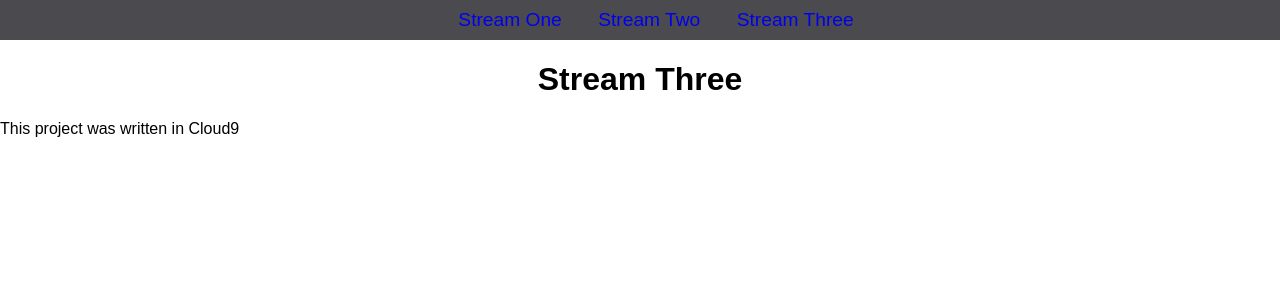
Repository: dof-bull/my-first-website
Page: stream-three.html
The author's editor kept a record of every edit. The page is drawn from the files as they stood at one moment, then again after the next edit.
The browser window is 1280 px wide. The pictures show the whole page.

Above is the page before.

### stream-three.html
<!DOCTYPE html>
<html>
    <head>
        <title>Hello World</title>
        <link rel="stylesheet" href="css/style.css" type="text/css" />
    </head>
    <body>
        <nav>
            <ul>
                <li><a href="stream-one.html">Stream One</a></li>
                <li><a href="stream-two.html">Stream Two</a></li>
                <li><a href="stream-three.html">Stream Three</a></li>
            </ul>
        </nav>
        <h1>Stream Three</h1>
        <p>This project was written in Cloud9</p>
    </body>
</html>

### css/style.css
body {
    margin: 0;
    padding: 0;
    font-family: 'Oswald' , sans-serif;
}

nav ul{
    list-style: none;
    background-color: #4a4a4f;
    text-align: center;
    margin: 0;
    padding: 0;
}

nav li{
    font-size: 1.2em;
    line-height: 40px;
    height: 40px;
    display: inline-block;
    margin-left: 2.5%
}

nav a {
    text-decoration: none;
    color: #fffff;
    display: block
}

nav a:hover {
  background-color: #fff;
  color: #4a4a4f;
}

.card{
    position: static;
    float: left;
    width:  100px;
    height: 100px;
    background-position: 50% 50%;
    background-repeat:   no-repeat;
    background-size:     cover;
    margin: 40px 40px;
}

.card a{
    text-align: center;

}

img {
    position: static;
    float: left;
    width:  100px;
    height: 100px;
    background-position: 50% 50%;
    background-repeat:   no-repeat;
    background-size:     cover;
    margin-top: 20px;
}

h1 {
    text-align: center;
}

After the next edit:
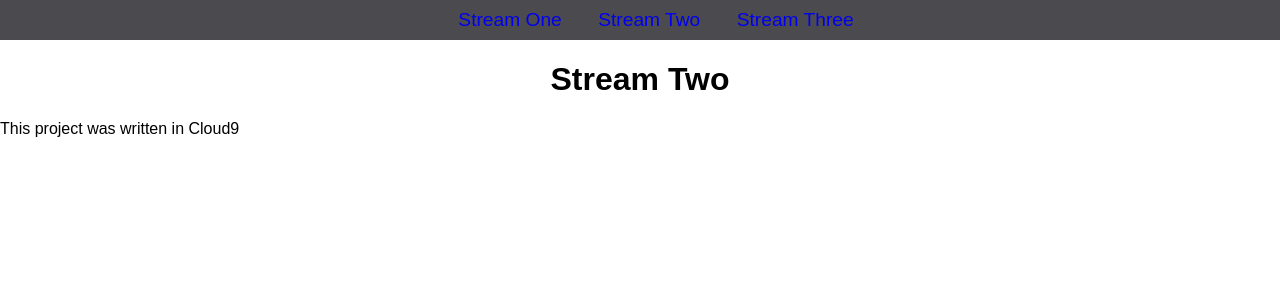
The edit:
--- a/stream-three.html
+++ b/stream-three.html
@@ -12,7 +12,7 @@
                 <li><a href="stream-three.html">Stream Three</a></li>
             </ul>
         </nav>
-        <h1>Stream Three</h1>
+        <h1>Stream Two</h1>
         <p>This project was written in Cloud9</p>
     </body>
 </html>
